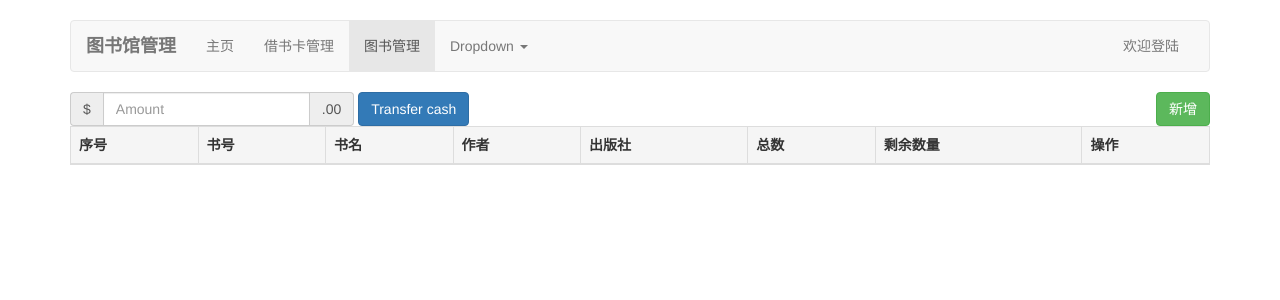
Repository: chaice/code
Page: http://localhost/web6/WEB-INF/views/book.jsp
These files come from the project's save history. The page is drawn as it stood at one moment and after the next save; the edit follows.
The browser window is 1280 px wide. The pictures show the whole page.
Some web libraries are served in a nearby version. The page is served by Tomcat 9. Nobody is signed in. Other server files are loaded and not shown. The template is opened directly, without the code that normally fills it, so the values that code supplies are empty.

Above is the page before, as saved 2016-06-05 13:02:13.

### web6/WebContent/WEB-INF/views/book.jsp
<%@ page language="java" contentType="text/html; charset=UTF-8"
    pageEncoding="UTF-8"%>
    <%@ taglib prefix="c" uri="http://java.sun.com/jsp/jstl/core"%>
<!DOCTYPE html>
<html>
<head>
<meta charset="UTF-8">
<title>图书管理</title>
<%@ include file="head.jsp"%>
<a type="button" class="btn btn-success" href="/book_add" style="float:right">新增</a>
<div class="bs-example" data-example-id="bordered-table">
<form class="form-inline">
      <div class="form-group">
        <label class="sr-only" for="exampleInputAmount">Amount (in dollars)</label>
        <div class="input-group">
          <div class="input-group-addon">$</div>
          <input type="text" class="form-control" id="exampleInputAmount" placeholder="Amount">
          <div class="input-group-addon">.00</div>
        </div>
      </div>
      <button type="submit" class="btn btn-primary">Transfer cash</button>
    </form>
	<table class="table table-bordered">
		<thead>
			<tr class="active">
				<th scope="row">序号</th>
				<th>书号</th>
				<th>书名</th>
				<th>作者</th>
				<th>出版社</th>
				<th>总数</th>
				<th>剩余数量</th>
				<th>操作</th>
			</tr>
		</thead>
		<tbody>
			<c:forEach var="bo" items="${requestScope.list}">
				<tr class="info">
					<th scope="row">${bo.id}</th>
					<td>${bo.code}</td>
					<td>${bo.title}</td>
					<td>${bo.author}</td>
					<td>${bo.publishing}</td>
					<td>${bo.total}</td>
					<td>${bo.count}</td>
					<td>
						<button id="${bo.code}" type="button" class="btn btn-warning">修改</button>
						<button id="${bo.id}" type="button" class="btn btn-danger">删除</button>
					</td>
				</tr>
			</c:forEach>

		</tbody>
	</table>
</div>
</div>
<script src="//cdn.bootcss.com/jquery/1.11.3/jquery.min.js"></script>
<script src="//cdn.bootcss.com/bootstrap/3.3.5/js/bootstrap.min.js"></script>
<script>
	$("#l3").addClass("active");
	$("button.btn-danger").click(function() {
      var id = $(this).attr("id");
      location.href = "/book_alter?id="+id;
	});
	$("button.btn-warning").click(function(){
		var code = $(this).attr("id");
		if(config("确认删除？")){
			location.href = "/book_del?id="+code;
		}
	});
</script>
</body>
</html>

### web6/WebContent/WEB-INF/views/head.jsp
<%@ page language="java" contentType="text/html; charset=UTF-8"
	pageEncoding="UTF-8"%>
<link href="//cdn.bootcss.com/bootstrap/3.3.5/css/bootstrap.min.css"
	rel="stylesheet">
<style>
body {
	padding-top: 20px;
	padding-bottom: 20px;
}

.navbar {
	margin-bottom: 20px;
}
</style>
</head>
<body>
	<div class="container">
		<nav class="navbar navbar-default">
			<div class="container-fluid">
				<div class="navbar-header">
					<a class="navbar-brand"><strong>图书馆管理</strong></a>
				</div>
				<div id="navbar" class="navbar-collapse collapse">
					<ul class="nav navbar-nav">
						<li id="l1"><a href="/home">主页</a></li>
						<li id="l2"><a href="/card_list">借书卡管理</a></li>
						<li id="l3"><a href="/book_list">图书管理</a></li>
						<li class="dropdown"><a href="#" class="dropdown-toggle"
							data-toggle="dropdown" role="button" aria-haspopup="true"
							aria-expanded="false">Dropdown <span class="caret"></span></a>
							<ul class="dropdown-menu">
								<li><a href="#">Action</a></li>
								<li><a href="#">Another action</a></li>
								<li><a href="#">Something else here</a></li>
							</ul></li>
					</ul>
					<ol class="nav navbar-nav navbar-right">
						<li><a>欢迎登陆</a></li>
					</ol>
				</div>
			</div>
		</nav>

After the next save:
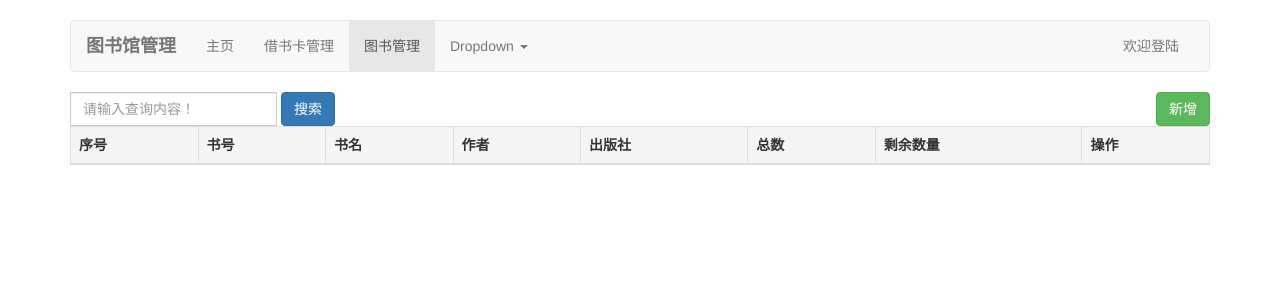
Saved 2 min 34 s later.
--- a/web6/WebContent/WEB-INF/views/book.jsp
+++ b/web6/WebContent/WEB-INF/views/book.jsp
@@ -11,14 +11,11 @@
 <div class="bs-example" data-example-id="bordered-table">
 <form class="form-inline">
       <div class="form-group">
-        <label class="sr-only" for="exampleInputAmount">Amount (in dollars)</label>
         <div class="input-group">
-          <div class="input-group-addon">$</div>
-          <input type="text" class="form-control" id="exampleInputAmount" placeholder="Amount">
-          <div class="input-group-addon">.00</div>
+          <input type="text" class="form-control" id="exampleInputAmount" placeholder="请输入查询内容！">
         </div>
       </div>
-      <button type="submit" class="btn btn-primary">Transfer cash</button>
+      <button type="submit" class="btn btn-primary">搜索</button>
     </form>
 	<table class="table table-bordered">
 		<thead>
